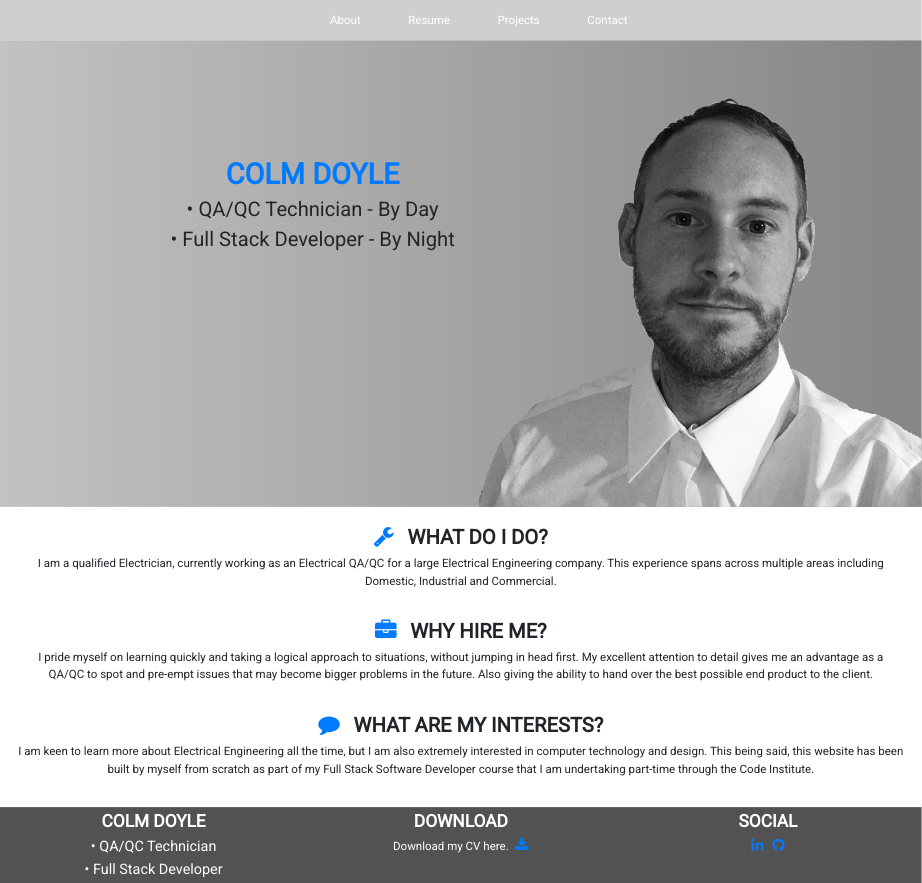
Repository: Code-Institute-Submissions/collyd21-milestone1
Page: index.html
The author's editor kept a record of every edit. The page is drawn from the files as they stood at one moment, then again after the next edit.
The browser window is 1280 px wide. The pictures show the whole page, at 72% of full size.

Above is the page before.

After the next edit:
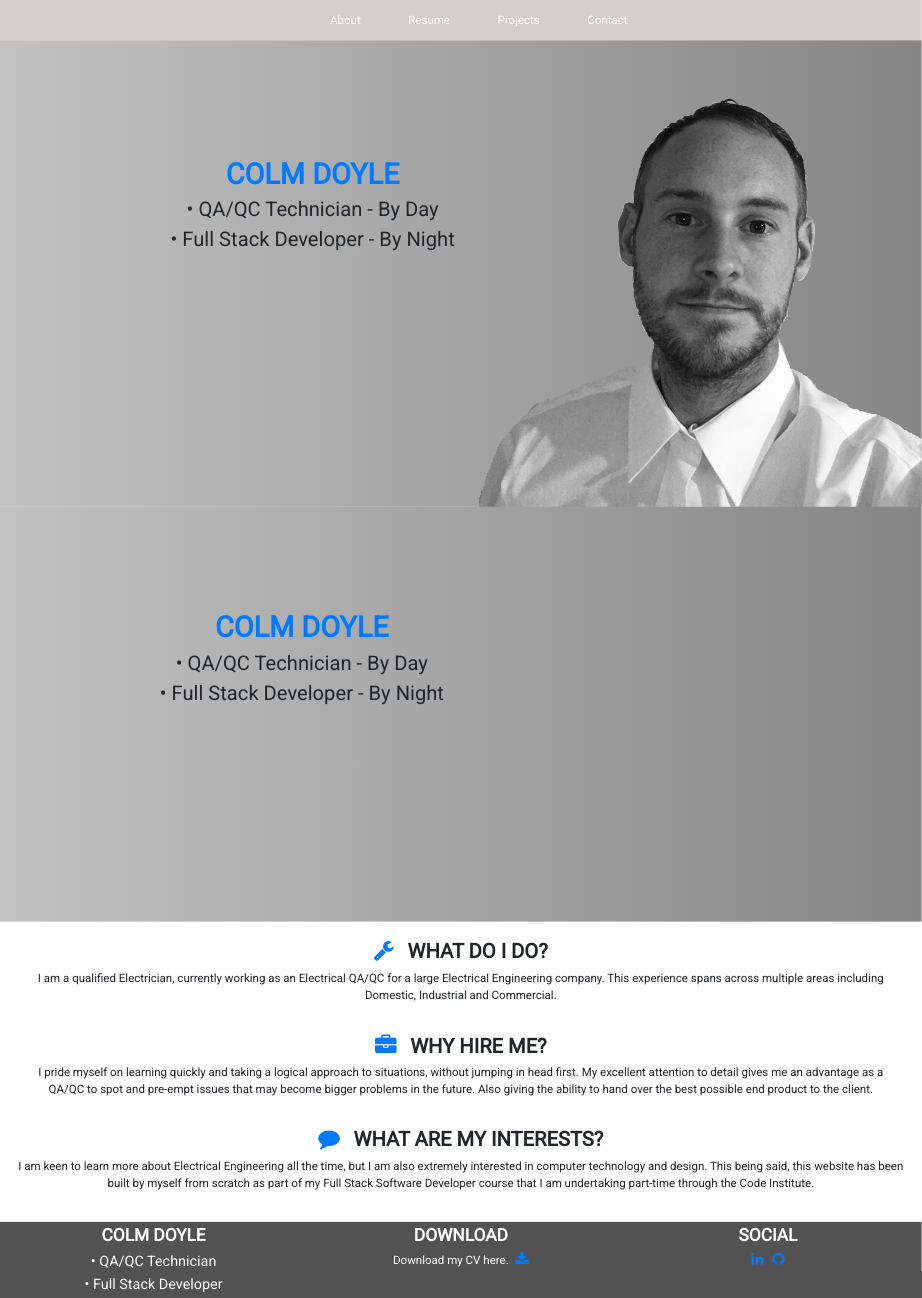
The edit:
--- a/index.html
+++ b/index.html
@@ -52,7 +52,7 @@
                 </div>
             </div>
         </div>
-        <div class="container-fluid no-gutters d-block d-md-none" id="main-view-small">
+        <div class="container-fluid no-gutters d-block d-none" id="main-view-small">
             <div class="row">
                 <div class="col-lg-8 col-md-8 col-sm-12 col-xs-12" id="about-small">
                     <h1 class="uppercase-jumbo">Colm Doyle</h1>

After the 2 edits that followed:
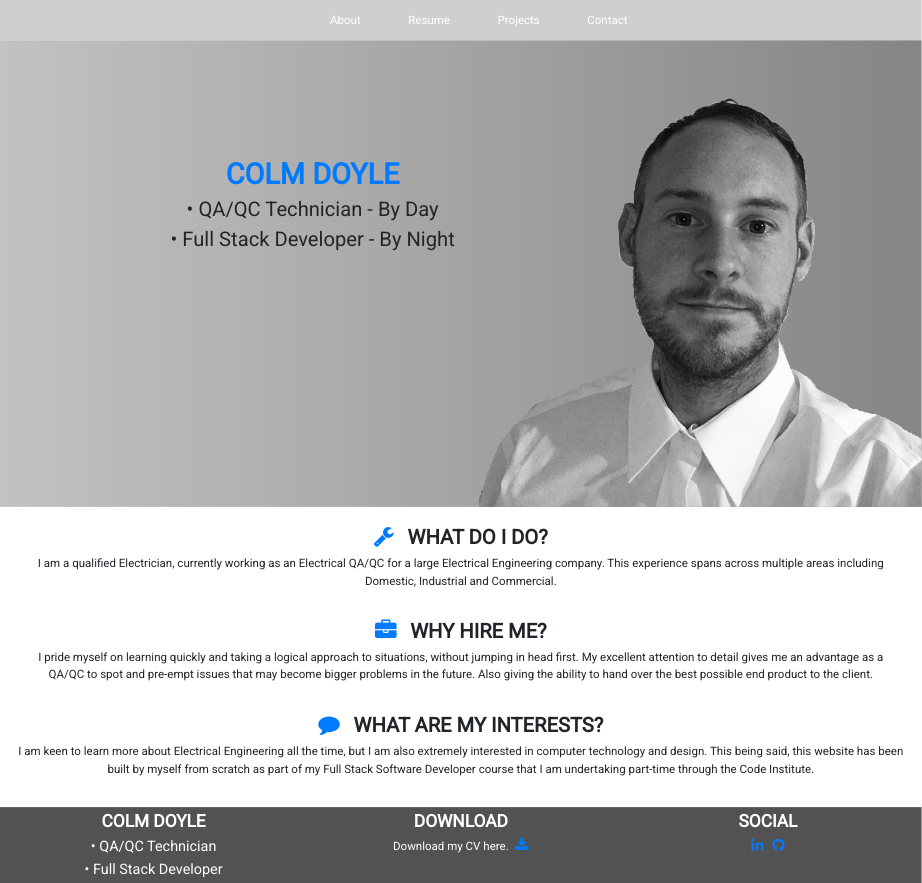
The 2 edits are shown as one change because 1 left the picture as it was.
The edit:
--- a/index.html
+++ b/index.html
@@ -43,7 +43,7 @@
 <!--*******************************Header*******************************-->
 
     <header class="jumbotron-fluid">
-        <div class="container-fluid no-gutters d-none d-md-block" id="main-view-large">
+        <div class="container-fluid no-gutters d-none d-sm-block" id="main-view-large">
             <div class="row">
                 <div class="col-lg-8 col-md-8 col-sm-12 col-xs-12" id="about-large">
                     <h1 class="uppercase-jumbo">Colm Doyle</h1>
@@ -52,7 +52,7 @@
                 </div>
             </div>
         </div>
-        <div class="container-fluid no-gutters d-block d-none" id="main-view-small">
+        <div class="container-fluid no-gutters d-block d-md-none" id="main-view-small">
             <div class="row">
                 <div class="col-lg-8 col-md-8 col-sm-12 col-xs-12" id="about-small">
                     <h1 class="uppercase-jumbo">Colm Doyle</h1>
